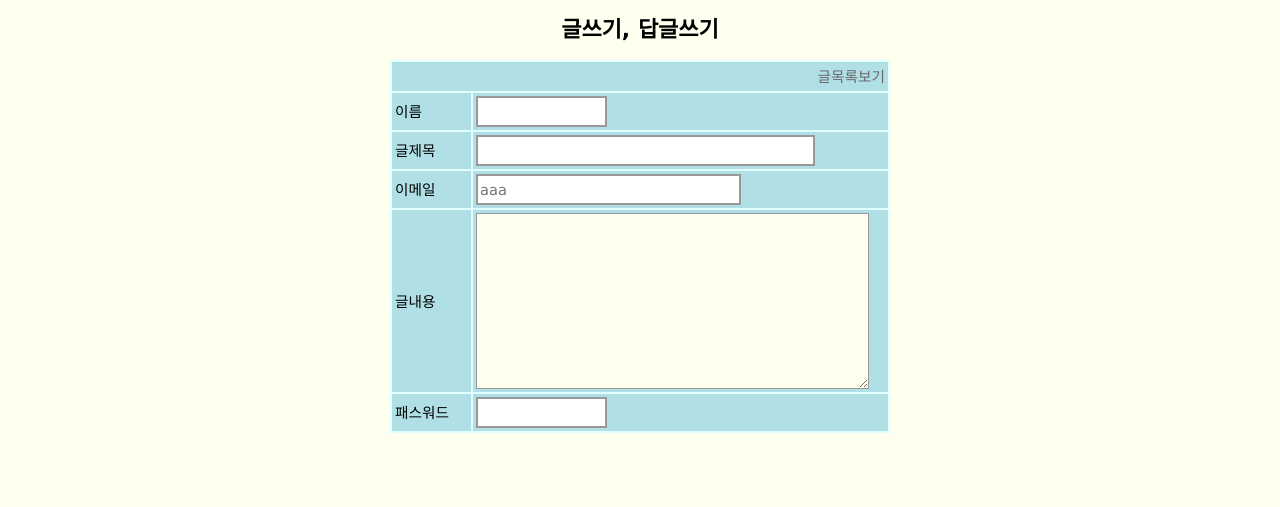
Repository: xo461/Java_Spring
Page: http://localhost/03_jsp_pool/mysqlboard/writeForm.jsp
These files come from the project's save history. The page is drawn as it stood at one moment and after the next save; the edit follows.
The browser window is 1280 px wide. The pictures show the whole page.
The page is served by Tomcat 9.

Above is the page before, as saved 2019-12-17 02:48:04.

After the next save:
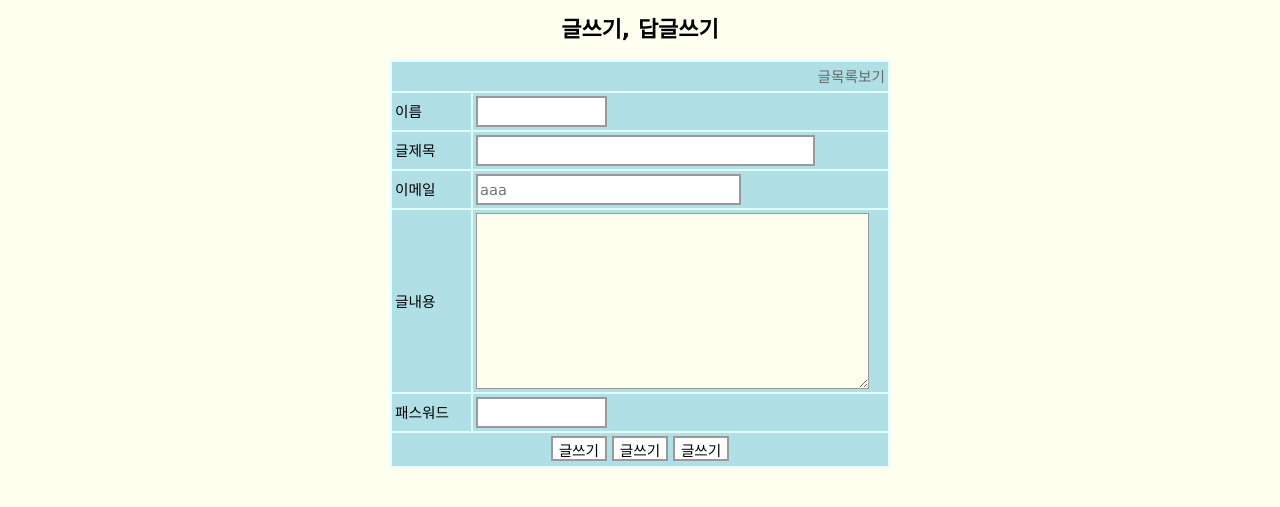
Saved 8 s later.
--- a/JSP_study/park_jsp_study/03_jsp_pool/WebContent/mysqlboard/writeForm.jsp
+++ b/JSP_study/park_jsp_study/03_jsp_pool/WebContent/mysqlboard/writeForm.jsp
@@ -87,6 +87,12 @@ if(request.getParameter("num") != null){//->not null이면 답글
 			</td>
 		</tr>
 
+		<tr bgcolor="<%=value_c %>">
+			<td colspan="2" align="center">
+				<input type="submit" value="글쓰기">
+				<input type="submit" value="글쓰기">
+				<input type="submit" value="글쓰기">
+			</td>
 	</table>
 </form>
 </body>
